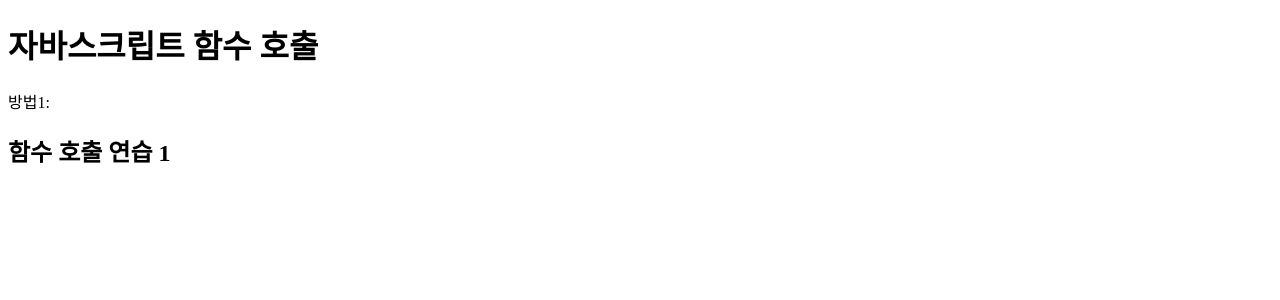
Repository: shinsil0601/webstudy
Page: 03_JavaScript/src/main/webapp/day02/ex07_function.html
These files come from the project's save history. The page is drawn as it stood at one moment and after the next save; the edit follows.
The browser window is 1280 px wide. The pictures show the whole page.

Above is the page before, as saved 2023-06-28 03:02:26.

After the next save:
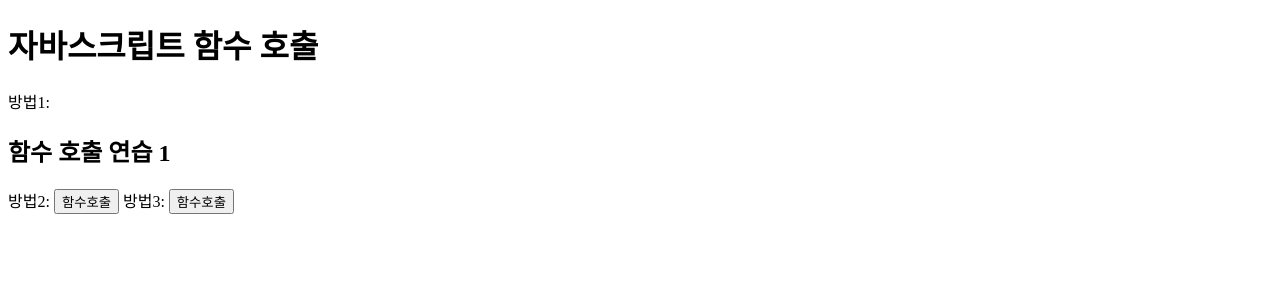
Saved 2 min 10 s later.
--- a/03_JavaScript/src/main/webapp/day02/ex07_function.html
+++ b/03_JavaScript/src/main/webapp/day02/ex07_function.html
@@ -12,5 +12,8 @@
 <body>
 	<h1> 자바스크립트 함수 호출</h1>
 	방법1: <script type="text/javascript"> test(1); </script>
+	<!-- 태그 속성이 onXXX는 자바스크립트 함수 호출할 수 있다. -->
+	방법2: <button onclick="test(2)">함수호출</button>
+	방법3: <button onclick="javascript:test(3)">함수호출</button>
 </body>
 </html>
